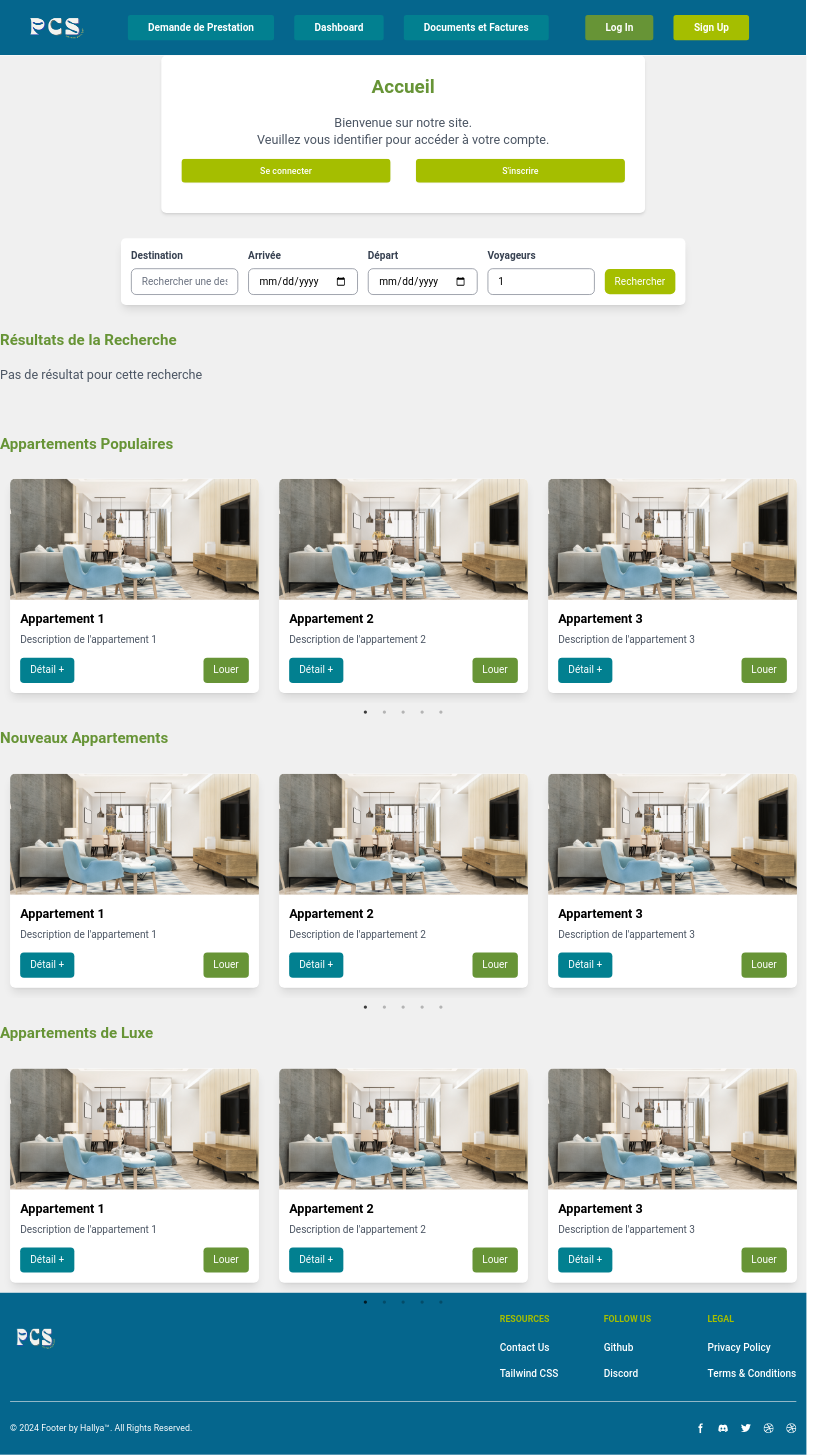
Repository: HATTOUNGBRE/ProjetAnnuel2
Page: /logout (app in FRONT/)
An editor plug-in stored every save of this project. The page is shown before and after the next save, followed by the edit.
The browser window is 1280 px wide. The page is 1305 px wide, so the pictures cover 1305 px, including what lies to the right of the window. The pictures show the whole page, at 63% of full size.
The page's requests for data from a server got no answer. The project was rebuilt for these pictures with package versions that can differ from the ones it lists, and the page was loaded fresh each time. No one was signed in, and anything a server would have sent is missing. Also part of the build but not shown: FRONT/vite.config.js, FRONT/src/components/Contact.jsx, FRONT/src/components/CatUser.jsx, FRONT/src/components/Login.jsx, FRONT/src/components/prestataire/PrestataireType.jsx, FRONT/src/components/prestataire/PrestataireDetails.jsx, FRONT/src/components/Account.jsx, FRONT/src/components/Inscription.jsx and 13 more.

Above is the page before, as saved 2024-06-29 14:03:18.

### FRONT/src/main.jsx
import React from 'react'
import ReactDOM from 'react-dom/client'
import App from './App.jsx'
import './App.css'
import { AuthProvider } from './components/AuthContext';
import {
  BrowserRouter,
  Route,
  Link
} from "react-router-dom";

ReactDOM.createRoot(document.getElementById('root')).render(
  <React.StrictMode>
    <AuthProvider>
    <App />
    </AuthProvider>
  </React.StrictMode>,
)

### FRONT/src/App.css
@tailwind base;
@tailwind components;
@tailwind utilities;

html, body {
  height: 100%;
  width: 100%;
  margin: 0;
  padding: 0;
  font-family: 'Roboto', sans-serif;
}


.logo {
  height: 5em;
  width: 7em;
  /* will-change: filter; */
  transition: filter 300ms;
}
.logo:hover {
}
.logo.react:hover {
  filter: drop-shadow(0 0 2em #61dafbaa);
}

@keyframes logo-spin {
  from {
    transform: rotate(0deg);
  }
  to {
    transform: rotate(360deg);
  }
}


.card {
  padding: 2em;
}

.read-the-docs {
  color: #888;
}
footer {
  position: absolute;
  left: 0;
  bottom: 0;
  width: 100%;
}
html, body {
  height: 100%;
  margin: 0;
  padding: 0;

}



footer {
  flex-shrink: 0; /* Empêche le pied de page de rétrécir si le contenu est trop grand */
}

.main-content {
  flex: 1;
  padding: 24px;
  overflow-y: auto;
  display: flex;
  flex-direction: column;
}

### FRONT/src/components/Header.jsx
import { useState, useEffect } from 'react';
import Nav from './Nav';
import { Link } from "react-router-dom";

function Header(props) {
  const { isLoggedIn, userRole } = props;

  return (
    <div>
      <header className="bg-pcs-200 sticky top-0 z-[20]">
        <nav className="bg-pcs-200 border-gray-200 dark:bg-gray-900 w-full">
          <div className="w-full flex flex-wrap items-center justify-around p-1">
            <Link to="/" className="flex items-center space-x-3 rtl:space-x-reverse">
              <img src="/public/images/fullDay.png" className="h-8 logo" alt="PCSLogo" />
            </Link>
            <Nav isLoggedIn={isLoggedIn} userRole={userRole} />
            <button
              data-collapse-toggle="navbar-default"
              type="button"
              className="inline-flex items-center p-2 w-10 h-10 justify-center text-sm text-gray-500 rounded-lg md:hidden focus:outline-none focus:ring-2 focus:ring-gray-200 dark:text-gray-400 dark:focus:ring-gray-600"
              aria-controls="navbar-default"
              aria-expanded="false"
            >
              <span className="sr-only">Open main menu</span>
              <svg
                className="w-5 h-5"
                aria-hidden="true"
                xmlns="http://www.w3.org/2000/svg"
                fill="none"
                viewBox="0 0 17 14"
              >
                <path
                  stroke="currentColor"
                  strokeLinecap="round"
                  strokeLinejoin="round"
                  strokeWidth="2"
                  d="M1 1h15M1 7h15M1 13h15"
                />
              </svg>
            </button>
            <div className="hidden w-full md:block md:w-auto" id="navbar-default"></div>
          </div>
        </nav>
      </header>
    </div>
  );
}

export default Header;

### FRONT/src/components/Main.jsx
import React, { useState, useContext, useEffect } from 'react';
import AuthContext from './AuthContext';
import { Link } from 'react-router-dom';
import PropertySliderSection from './PropertySliderSection';
import SearchResults from './SearchResults';
import PropertyRow from './PropertyRow';
import 'slick-carousel/slick/slick.css';
import 'slick-carousel/slick/slick-theme.css';

function Main() {
  const { isLoggedIn, userRole } = useContext(AuthContext);

  const [searchTerm, setSearchTerm] = useState('');
  const [cities, setCities] = useState([]);
  const [arrivalDate, setArrivalDate] = useState('');
  const [departureDate, setDepartureDate] = useState('');
  const [guests, setGuests] = useState(1);
  const [properties, setProperties] = useState([]);
  const [allProperties, setAllProperties] = useState([]);

  useEffect(() => {
    if (searchTerm.length >= 2) {
      searchCities(searchTerm);
    } else {
      setCities([]);
    }
  }, [searchTerm]);

  useEffect(() => {
    fetchAllProperties();
  }, []);

  const searchCities = async (term) => {
    try {
      const response = await fetch(`https://geo.api.gouv.fr/communes?nom=${term}&fields=departement&boost=population&limit=5`);
      const data = await response.json();
      setCities(data);
    } catch (error) {
      console.error('Error fetching cities:', error);
    }
  };

  const handleSearch = async (e) => {
    e.preventDefault();
    try {
      const response = await fetch(
        `http://localhost:8000/api/search-properties?commune=${searchTerm}&maxPersons=${guests}`
      );
      const data = await response.json();
      setProperties(data);
      setCities([]);  // Effacer les suggestions après la sélection
    } catch (error) {
      console.error('Error fetching properties:', error);
    }
  };

  const fetchAllProperties = async () => {
    try {
      const response = await fetch(`http://localhost:8000/api/properties`);
      const data = await response.json();
      setAllProperties(data);
    } catch (error) {
      console.error('Error fetching all properties:', error);
    }
  };

  const sliderSettings = {
    dots: true,
    infinite: true,
    speed: 500,
    slidesToShow: 3,
    slidesToScroll: 1,
    responsive: [
      {
        breakpoint: 1024,
        settings: {
          slidesToShow: 2,
          slidesToScroll: 1,
          infinite: true,
          dots: true
        }
      },
      {
        breakpoint: 600,
        settings: {
          slidesToShow: 1,
          slidesToScroll: 1
        }
      }
    ]
  };

  return (
    <div className="min-h-screen bg-pcs-100 flex flex-col items-center justify-center">
      <div className="max-w-3xl w-full p-8 bg-white shadow-md rounded-lg text-center">
        <h1 className="text-3xl font-semibold text-pcs-400 mb-6">Accueil</h1>
        {isLoggedIn ? (
          <p className="text-xl text-pcs-300">
            Vous êtes connecté.e en tant que <span className="font-bold">{userRole}</span>
          </p>
        ) : (
          <div>
            <p className="text-xl text-gray-600">Bienvenue sur notre site.</p>
            <p className="text-xl text-gray-600">Veuillez vous identifier pour accéder à votre compte.</p>
            <div className='flex justify-center mt-4 space-x-10'>
              <button className='w-full px-4 mb-4 py-2 text-sm font-medium text-white bg-pcs-300 border border-transparent rounded-md shadow-sm hover:bg-pcs-400'>
                <Link to="/components/catUser">Se connecter</Link>
              </button>
              <button className='w-full px-4 mb-4 py-2 text-sm font-medium text-white bg-pcs-300 border border-transparent rounded-md shadow-sm hover:bg-pcs-400'>
                <Link to="/components/inscription">S'inscrire</Link>
              </button>
            </div>
          </div>
        )}
      </div>

      {/* Barre de recherche */}
      {!isLoggedIn || userRole === 'voyageur' ? (
        <div className="mt-10 w-full max-w-4xl bg-white shadow-lg rounded-lg p-4">
          <form onSubmit={handleSearch} className="flex items-center space-x-4">
            <div className="relative w-1/4">
              <label className="block text-gray-700 font-bold mb-2">Destination</label>
              <input
                type="text"
                className="w-full px-4 py-2 border rounded-lg focus:outline-none focus:ring-2 focus:ring-blue-500"
                placeholder="Rechercher une destination"
                value={searchTerm}
                onChange={(e) => setSearchTerm(e.target.value)}
              />
              {cities.length > 0 && (
                <ul className="absolute left-0 mt-2 w-full bg-white border rounded-lg z-10 max-h-48 overflow-y-auto">
                  {cities.map((city) => (
                    <li key={city.code} className="px-4 py-2 border-b last:border-b-0 cursor-pointer hover:bg-gray-200" onClick={() => { setSearchTerm(city.nom); setCities([]); }}>
                      {city.nom} ({city.departement.nom})
                    </li>
                  ))}
                </ul>
              )}
            </div>
            <div className="w-1/4">
              <label className="block text-gray-700 font-bold mb-2">Arrivée</label>
              <input
                type="date"
                className="w-full px-4 py-2 border rounded-lg focus:outline-none focus:ring-2 focus:ring-blue-500"
                value={arrivalDate}
                onChange={(e) => setArrivalDate(e.target.value)}
              />
            </div>
            <div className="w-1/4">
              <label className="block text-gray-700 font-bold mb-2">Départ</label>
              <input
                type="date"
                className="w-full px-4 py-2 border rounded-lg focus:outline-none focus:ring-2 focus:ring-blue-500"
                value={departureDate}
                onChange={(e) => setDepartureDate(e.target.value)}
              />
            </div>
            <div className="w-1/4">
              <label className="block text-gray-700 font-bold mb-2">Voyageurs</label>
              <input
                type="number"
                min="1"
                className="w-full px-4 py-2 border rounded-lg focus:outline-none focus:ring-2 focus:ring-blue-500"
                value={guests}
                onChange={(e) => setGuests(e.target.value)}
              />
            </div>
            <button
              type="submit"
              className="bg-pcs-300 mt-8 text-white py-2 px-4 rounded-lg hover:bg-pcs-400 focus:outline-none focus:ring-2 focus:ring-blue-500"
            >
              Rechercher
            </button>
          </form>
        </div>
      ) : null}

      {/* Résultats de la recherche */}
      <SearchResults properties={properties} />

      {/* Toutes les propriétés */}
      <PropertyRow title="Toutes les Propriétés" properties={allProperties} sliderSettings={sliderSettings} />

      {/* Sections de propriétés fictives */}
      <PropertySliderSection title="Appartements Populaires" sliderSettings={sliderSettings} />
      <PropertySliderSection title="Nouveaux Appartements" sliderSettings={sliderSettings} />
      <PropertySliderSection title="Appartements de Luxe" sliderSettings={sliderSettings} />
    </div>
  );
}

export default Main;

### FRONT/src/components/Nav.jsx
import { Link } from "react-router-dom";

function Nav(props) {
    const { isLoggedIn, userRole } = props;

    console.log('isLoggedIn page NAV:', isLoggedIn);
    return (
        <>
            <div className='flex space-x-8'>
                <Link to={`/${userRole}/Reservation`}>
                    <button className="bg-pcs-250 hover:bg-pcs-300 text-white font-bold py-2 px-8 rounded">
                        Demande de Prestation
                    </button>
                </Link>

                <Link to={`/components/dashboard/${userRole}`}>
                    <button className="bg-pcs-250 hover:bg-pcs-300 text-white font-bold py-2 px-8 rounded">
                        Dashboard
                    </button>
                </Link>

                <Link to={`/${userRole}/Prestation`}>
                    <button className="bg-pcs-250 hover:bg-pcs-300 text-white font-bold py-2 px-8 rounded">
                        Documents et Factures
                    </button>
                </Link>
            </div>
            {isLoggedIn ? (
                <div className='flex space-x-8'>
                    <Link to='/account'>
                        <button className="bg-pcs-400 hover:bg-pcs-700 text-white font-bold py-2 px-8 rounded">
                            Account
                        </button>
                    </Link>
                    <Link to='/logout'>
                        <button className="bg-pcs-300 hover:bg-pcs-600 text-white font-bold py-2 px-8 rounded">
                            Log out
                        </button>
                    </Link>

                </div>
            ) : (
                <div className='flex space-x-8'>
                    <Link to='/components/catuser'>
                        <button className="bg-pcs-400 hover:bg-pcs-700 text-white font-bold py-2 px-8 rounded">
                            Log In
                        </button>
                    </Link>

                    <Link to='/components/Inscription'>
                        <button className="bg-pcs-300 hover:bg-pcs-600 text-white font-bold py-2 px-8 rounded">
                            Sign Up
                        </button>
                    </Link>
                </div>
            )}
        </>
    );
};

export default Nav;

### FRONT/src/components/LogOut.jsx
import React, { useContext, useEffect } from 'react';
import { useNavigate } from 'react-router-dom';
import AuthContext from './AuthContext';

const LogOut = () => {
  const { logout } = useContext(AuthContext);
  const navigate = useNavigate();

  useEffect(() => {
    logout();
    navigate('/');
  }, [logout, navigate]);

  return null;
};

export default LogOut;

### FRONT/src/components/PropertySliderSection.jsx
import React from 'react';
import Slider from 'react-slick';

const PropertySliderSection = ({ title, sliderSettings }) => {
  return (
    <div className="mt-10 w-full">
      <h2 className="text-2xl font-semibold text-pcs-400 mb-6">{title}</h2>
      <Slider {...sliderSettings}>
        {[1, 2, 3, 4, 5].map(item => (
          <div key={item} className="p-4">
            <div className="bg-white shadow-lg rounded-lg overflow-hidden">
              <img src="http://localhost:8000/uploads/property_photos/default_appart.jpg" alt={`Appartement ${item}`} className="h-48 w-full object-cover" />
              <div className="p-4">
                <h3 className="text-xl font-semibold mb-2">Appartement {item}</h3>
                <p className="text-gray-600 mb-4">Description de l'appartement {item}</p>
                <div className="flex justify-between">
                  <button className="bg-pcs-250 hover:bg-pcs-200 text-white py-2 px-4 rounded-md">Détail +</button>
                  <button className="bg-pcs-400 text-white py-2 px-4 rounded-md">Louer</button>
                </div>
              </div>
            </div>
          </div>
        ))}
      </Slider>
    </div>
  );
};

export default PropertySliderSection;

### FRONT/src/components/SearchResults.jsx
import React from 'react';

const SearchResults = ({ properties }) => {
  return (
    <div className="mt-10 w-full">
      <h2 className="text-2xl font-semibold text-pcs-400 mb-6">Résultats de la Recherche</h2>
      {properties.length > 0 ? (
        <div className="grid grid-cols-1 md:grid-cols-2 lg:grid-cols-3 gap-4">
          {properties.map(property => (
            <div key={property.id} className="p-4">
              <div className="bg-white shadow-lg rounded-lg overflow-hidden">
                <img src={`http://localhost:8000/uploads/property_photos/${property.image}`} alt={property.name} className="h-48 w-full object-cover" />
                <div className="p-4">
                  <h3 className="text-xl font-semibold mb-2">{property.name}</h3>
                  <p className="text-gray-600 mb-4">{property.description}</p>
                  <div className="flex justify-between">
                    <button className="bg-pcs-250 hover:bg-pcs-200 text-white py-2 px-4 rounded-md">Détail +</button>
                    <button className="bg-pcs-400 text-white py-2 px-4 rounded-md">Louer</button>
                  </div>
                </div>
              </div>
            </div>
          ))}
        </div>
      ) : (
        <div className="text-xl text-gray-600">Pas de résultat pour cette recherche</div>
      )}
    </div>
  );
};

export default SearchResults;

### FRONT/src/components/PropertyRow.jsx
import React from 'react';
import Slider from 'react-slick';

const PropertyRow = ({ properties = [], sliderSettings }) => {
  return (
    <div className="mt-10 w-full">
      <Slider {...sliderSettings}>
        {properties.map(property => (
          <div key={property.id} className="p-4">
            <div className="bg-white shadow-lg rounded-lg overflow-hidden">
              <img src={`http://localhost:8000/uploads/property_photos/${property.image}`} alt={property.name} className="h-48 w-full object-cover" />
              <div className="p-4">
                <h3 className="text-xl font-semibold mb-2">{property.name}</h3>
                <p className="text-gray-600 mb-4">{property.description}</p>
                <p className="text-gray-600 mb-4">{property.commune}</p>
                <div className="flex justify-between">
                  <button className="bg-pcs-250 hover:bg-pcs-200 text-white py-2 px-4 rounded-md">Détail +</button>
                  <button className="bg-pcs-400 text-white py-2 px-4 rounded-md">Louer</button>
                </div>
              </div>
            </div>
          </div>
        ))}
      </Slider>
    </div>
  );
};

export default PropertyRow;

Loaded but not shown: FRONT/index.html (common file); FRONT/tailwind.config.js (26 lines, source omitted); FRONT/src/components/Footer.jsx (91 lines, source omitted); FRONT/src/App.jsx (95 lines, source omitted); FRONT/src/components/AuthContext.jsx (90 lines, source omitted)

After the next save:
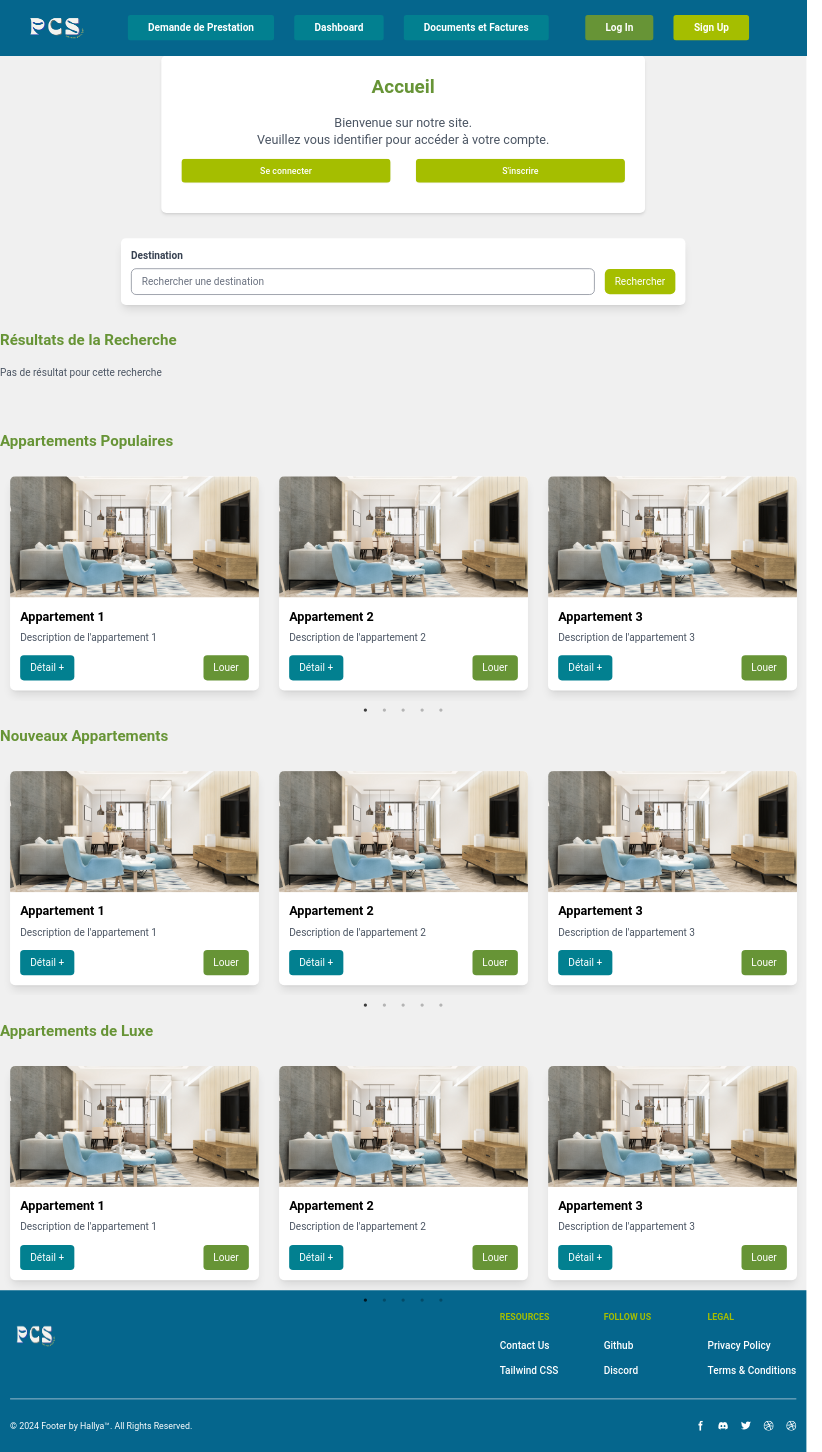
Saved 2 min 23 s later.
--- a/FRONT/src/components/Main.jsx
+++ b/FRONT/src/components/Main.jsx
@@ -2,19 +2,30 @@ import React, { useState, useContext, useEffect } from 'react';
 import AuthContext from './AuthContext';
 import { Link } from 'react-router-dom';
 import PropertySliderSection from './PropertySliderSection';
-import SearchResults from './SearchResults';
 import PropertyRow from './PropertyRow';
 import 'slick-carousel/slick/slick.css';
 import 'slick-carousel/slick/slick-theme.css';
+
+const SearchResults = ({ properties }) => (
+  <div className="mt-10 w-full">
+    <h2 className="text-2xl font-semibold text-pcs-400 mb-6">Résultats de la Recherche</h2>
+    {properties.length > 0 ? (
+      <div className="grid grid-cols-1 md:grid-cols-2 lg:grid-cols-3 gap-4">
+        {properties.map(property => (
+          <PropertyRow key={property.id} property={property} />
+        ))}
+      </div>
+    ) : (
+      <p className="text-gray-600">Pas de résultat pour cette recherche</p>
+    )}
+  </div>
+);
 
 function Main() {
   const { isLoggedIn, userRole } = useContext(AuthContext);
 
   const [searchTerm, setSearchTerm] = useState('');
   const [cities, setCities] = useState([]);
-  const [arrivalDate, setArrivalDate] = useState('');
-  const [departureDate, setDepartureDate] = useState('');
-  const [guests, setGuests] = useState(1);
   const [properties, setProperties] = useState([]);
   const [allProperties, setAllProperties] = useState([]);
 
@@ -40,27 +51,27 @@ function Main() {
     }
   };
 
+  const fetchAllProperties = async () => {
+    try {
+      const response = await fetch('http://localhost:8000/api/properties');
+      const data = await response.json();
+      setAllProperties(data);
+    } catch (error) {
+      console.error('Error fetching all properties:', error);
+    }
+  };
+
   const handleSearch = async (e) => {
     e.preventDefault();
     try {
       const response = await fetch(
-        `http://localhost:8000/api/search-properties?commune=${searchTerm}&maxPersons=${guests}`
+        `http://localhost:8000/api/search-properties?commune=${searchTerm}`
       );
       const data = await response.json();
       setProperties(data);
       setCities([]);  // Effacer les suggestions après la sélection
     } catch (error) {
       console.error('Error fetching properties:', error);
-    }
-  };
-
-  const fetchAllProperties = async () => {
-    try {
-      const response = await fetch(`http://localhost:8000/api/properties`);
-      const data = await response.json();
-      setAllProperties(data);
-    } catch (error) {
-      console.error('Error fetching all properties:', error);
     }
   };
 
@@ -118,7 +129,7 @@ function Main() {
       {!isLoggedIn || userRole === 'voyageur' ? (
         <div className="mt-10 w-full max-w-4xl bg-white shadow-lg rounded-lg p-4">
           <form onSubmit={handleSearch} className="flex items-center space-x-4">
-            <div className="relative w-1/4">
+            <div className="relative w-full">
               <label className="block text-gray-700 font-bold mb-2">Destination</label>
               <input
                 type="text"
@@ -136,34 +147,6 @@ function Main() {
                   ))}
                 </ul>
               )}
-            </div>
-            <div className="w-1/4">
-              <label className="block text-gray-700 font-bold mb-2">Arrivée</label>
-              <input
-                type="date"
-                className="w-full px-4 py-2 border rounded-lg focus:outline-none focus:ring-2 focus:ring-blue-500"
-                value={arrivalDate}
-                onChange={(e) => setArrivalDate(e.target.value)}
-              />
-            </div>
-            <div className="w-1/4">
-              <label className="block text-gray-700 font-bold mb-2">Départ</label>
-              <input
-                type="date"
-                className="w-full px-4 py-2 border rounded-lg focus:outline-none focus:ring-2 focus:ring-blue-500"
-                value={departureDate}
-                onChange={(e) => setDepartureDate(e.target.value)}
-              />
-            </div>
-            <div className="w-1/4">
-              <label className="block text-gray-700 font-bold mb-2">Voyageurs</label>
-              <input
-                type="number"
-                min="1"
-                className="w-full px-4 py-2 border rounded-lg focus:outline-none focus:ring-2 focus:ring-blue-500"
-                value={guests}
-                onChange={(e) => setGuests(e.target.value)}
-              />
             </div>
             <button
               type="submit"
